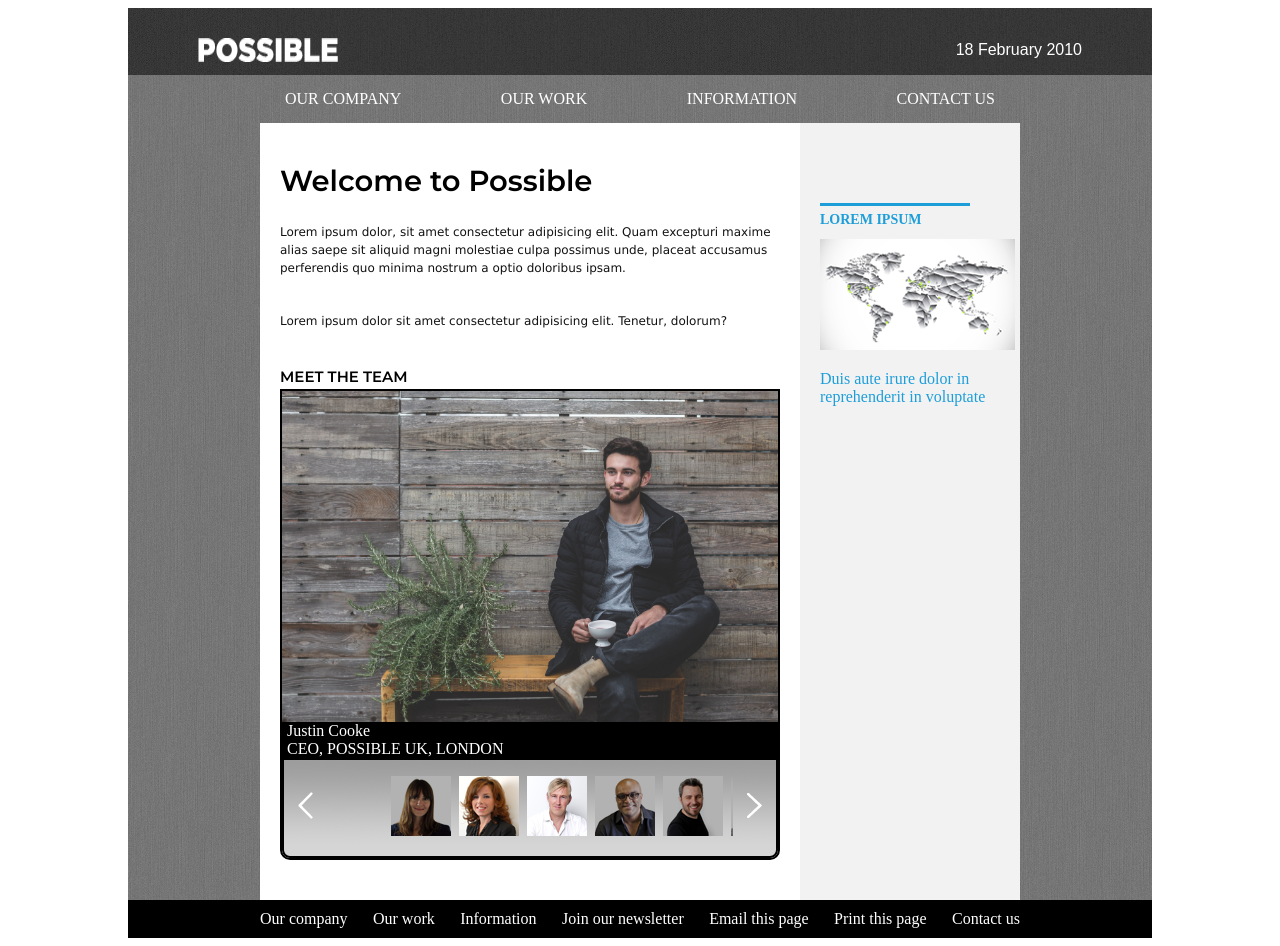
Repository: grzegorzgebala/possible-site
Page: index.html
The author's editor kept a copy of each file at every save. The page is drawn from the files as they stood at one save, then again after the next save.
The browser window is 1280 px wide. The pictures show the whole page.
After loading, the first visible `button.leftArrow` was clicked once.
The style sheet was rebuilt from its Sass, Less or Tailwind sources for each picture, by a compiler version that may differ from the author's.

Above is the page before, as saved 2020-02-16 19:06:48.

After the next save:
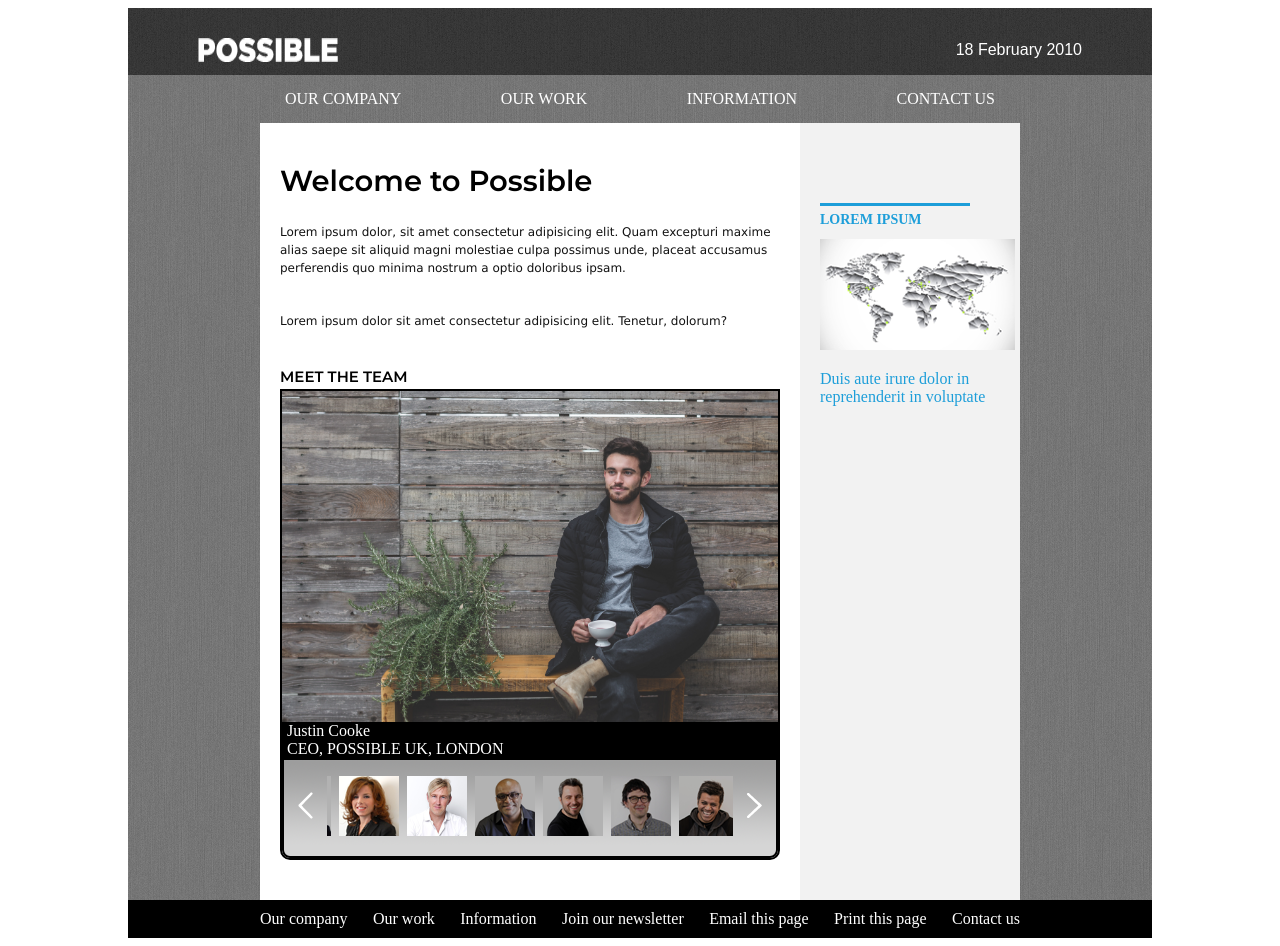
Saved 23 s later.
--- a/js/script.js
+++ b/js/script.js
@@ -35,7 +35,7 @@ prevButton.addEventListener('click', e => {
     const nextSlide = currentSlide.nextElementSibling;
     const amountToMove = nextSlide.style.left;
 
-    track.style.transform = 'translateX(' + amountToMove + ')';
+    track.style.transform = 'translateX(-' + amountToMove + ')';
 
 })
 
